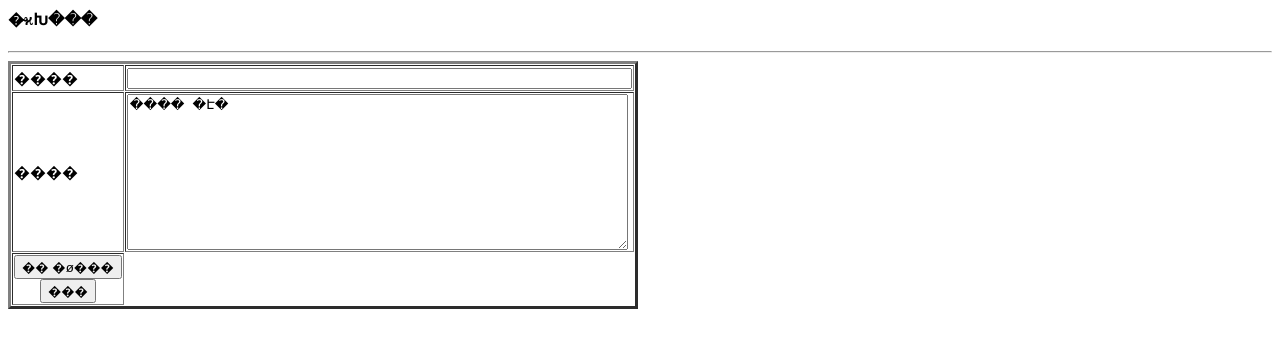
Repository: 2ujin/2018-PHP-afterschool
Page: http://localhost/CH06/ch06_05.php
These files come from the project's save history. The page is drawn as it stood at one moment and after the next save; the edit follows.
The browser window is 1280 px wide. The pictures show the whole page.
The page is run by PHP 8.4 with error messages shown; the project is at /var/www/html/.

Above is the page before, as saved 2018-07-31 01:09:44.

After the next save:
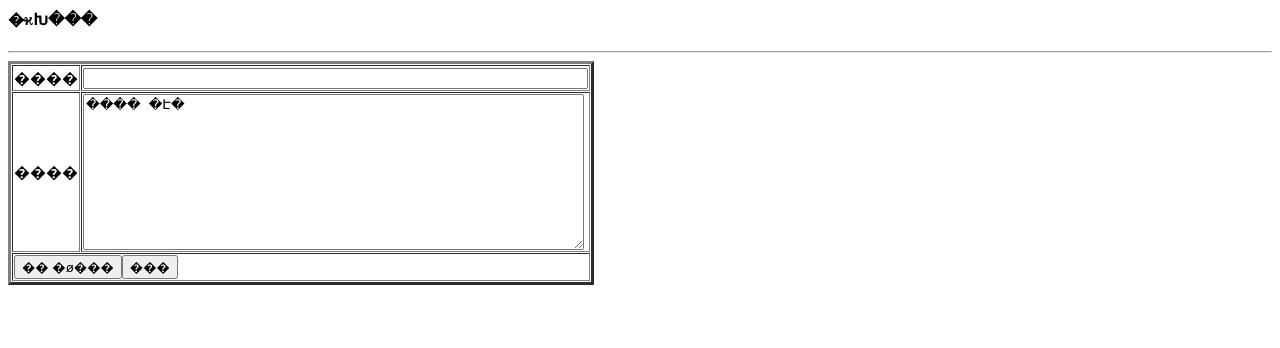
Saved 32 s later.
--- a/PHPStudy/CH06/ch06_05.php
+++ b/PHPStudy/CH06/ch06_05.php
@@ -3,7 +3,7 @@
 <table border = "3" width = "60" cellspacing="1" cellpaddding="4">
 <tr><td>제목</td><td><input type = text size = 60 id = title></input></td></tr>
 <tr><td valign = "middle">내용</td><td><textarea name = "content" cols = "60" rows = "10">내용 입력</textarea></td></tr>
-<tr><td align = "center"><input type = "submit" value = "글 올리기" id = "submit"><input type="submit" value = "취소" id = "cancel"></td></tr>
+<tr><td colspan="2"><input type = "submit" value = "글 올리기" id = "submit"><input type="submit" value = "취소" id = "cancel"></td></tr>
 </table>
 
 </html>
